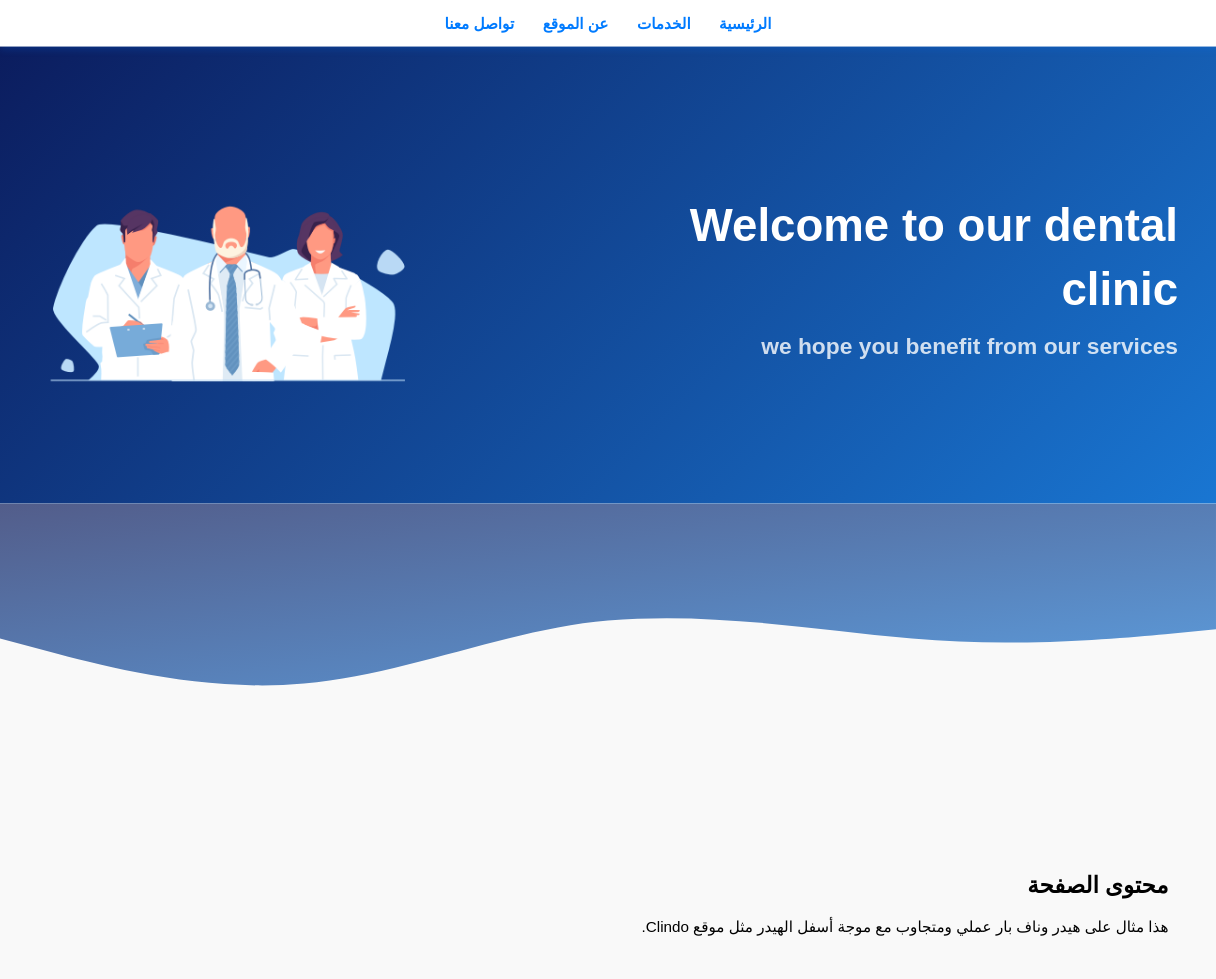
Repository: mysite4/s
Page: http://localhost/
An editor plug-in stored every save of this project. The page is shown before and after the next save, followed by the edit.
The browser window is 1280 px wide. The pictures show the whole page, at 95% of full size.
Some web fonts or font styles are not loaded; a fallback is used. The page is served by the project's application, run on Django 5.2 (manage.py). Other server files are loaded and not shown.

Above is the page before, as saved 2025-10-19 22:10:01.

### main/templates/home.html
{% load static %}
<!DOCTYPE html>
<html lang="ar" dir="rtl">
<head>
<meta charset="UTF-8">
<meta name="viewport" content="width=device-width, initial-scale=1.0">
<title>هيدر مثل Clindo</title>
<link href="https://fonts.googleapis.com/css2?family=Cairo:wght@200..1000&display=swap" rel="stylesheet">
<link rel="stylesheet" href="{% static 'css/style.css' %}">
</head>
<body>

<nav>
  <ul>
    <li><a href="#">الرئيسية</a></li>
    <li><a href="#">الخدمات</a></li>
    <li><a href="#">عن الموقع</a></li>
    <li><a href="#">تواصل معنا</a></li>
  </ul>
</nav>

<header>
  <div class="header-content">
    <div class="header-text">
      <h1>Welcome to our dental clinic</h1>
      <h3>we hope you benefit from our services</h3>
    </div>
    <div class="header-icon">
      <img src="{% static 'image/r.png.png' %}" alt="ريم">
    </div>
  </div>


</header>
<!-- موجة بعد الهيدر -->
<svg class="waves" xmlns="http://www.w3.org/2000/svg" viewBox="0 0 1440 320">
  <defs>
    <linearGradient id="waveGradient" x1="0%" y1="0%" x2="100%" y2="100%">
      <stop offset="0%" style="stop-color:#0b1a5b;stop-opacity:0.7" />
      <stop offset="100%" style="stop-color:#1976d2;stop-opacity:0.7" />
    </linearGradient>
  </defs>
  <path fill="url(#waveGradient)"
        d="M0,160L60,176C120,192,240,224,360,213.3C480,203,600,149,720,138.7C840,128,960,149,1080,160C1200,171,1320,160,1380,154.7L1440,149L1440,0L0,0Z">
  </path>
</svg>


<main>
  <h2>محتوى الصفحة</h2>
  <p>هذا مثال على هيدر وناف بار عملي ومتجاوب مع موجة أسفل الهيدر مثل موقع Clindo.</p>
</main>

</body>
</html>

### mysite/urls.py
"""
URL configuration for mysite project.

The `urlpatterns` list routes URLs to views. For more information please see:
    https://docs.djangoproject.com/en/5.2/topics/http/urls/
Examples:
Function views
    1. Add an import:  from my_app import views
    2. Add a URL to urlpatterns:  path('', views.home, name='home')
Class-based views
    1. Add an import:  from other_app.views import Home
    2. Add a URL to urlpatterns:  path('', Home.as_view(), name='home')
Including another URLconf
    1. Import the include() function: from django.urls import include, path
    2. Add a URL to urlpatterns:  path('blog/', include('blog.urls'))
"""
from django.contrib import admin
from django.urls import path, include

urlpatterns = [
    path('admin/', admin.site.urls),
    path('', include('main.urls')),
]

### main/static/css/style.css
/* إعدادات عامة */
html, body {
  margin: 0;
  padding: 0;
  width: 100%;
  font-family: 'Cairo', sans-serif;
  background-color: #f9f9f9;
}

/* Navbar */
nav {
  width: 100%;
  background-color: #ffffff;
  box-shadow: 0 4px 8px rgba(0, 123, 255, 0.2);
  position: fixed;
  top: 0;
  z-index: 1000;
}

nav ul {
  display: flex;
  justify-content: center;
  list-style: none;
  margin: 0;
  padding: 0 30px;
}

nav ul li {
  margin: 0 15px;
}

nav ul li a {
  text-decoration: none;
  color: #007bff;
  font-weight: 600;
  padding: 15px 0;
  display: inline-block;
  transition: color 0.3s, border-bottom 0.3s;
}

nav ul li a:hover {
  color: #0056b3;
  border-bottom: 3px solid #007bff;
}

/* Header */
/* Header */
header {
  position: relative;
  width: 100%;
  min-height: 450px; /* ارتفاع الهيدر */
  overflow: hidden;
  background: linear-gradient(135deg, #0b1a5b, #1976d2); /* تدرج أزرق واضح وغامق */
  display: flex;
  flex-direction: column;
  justify-content: center;
  align-items: center;
  padding: 80px 0 0 0;
}



/* محتوى الهيدر (نصوص + صورة) */
.header-content {
  display: flex;
  flex-direction: row;
  justify-content: space-between;
  align-items: center;
  width: 100%;
  max-width: 1200px;
  padding: 0 50px;
}

.header-text {
  color: white;
  max-width: 50%;
  text-align: right;
  line-height: 1.4;
}

.header-text h1 {
  font-size: 48px;
  margin: 0;
}

.header-text h3 {
  font-size: 24px;
  margin-top: 10px;
  color: rgba(255,255,255,0.8);
}

/* صورة الهيدر */
.header-icon img {
  width: 400px;
  height: auto;
  border-radius: 15px;
}

/* محتوى الصفحة */
main {
  padding: 30px 50px;
  margin-top: 50px;
}

/* Media Queries */
@media (max-width: 992px) {
  .header-content {
    flex-direction: column;
    text-align: center;
    padding: 0 20px;
  }

  .header-text {
    max-width: 100%;
    margin-bottom: 20px;
    text-align: center;
  }

  .header-icon img {
    width: 80%;
  }

  nav ul {
    justify-content: center;
  }
}

Loaded but not shown: main/views.py (common file); main/urls.py (common file)

After the next save:
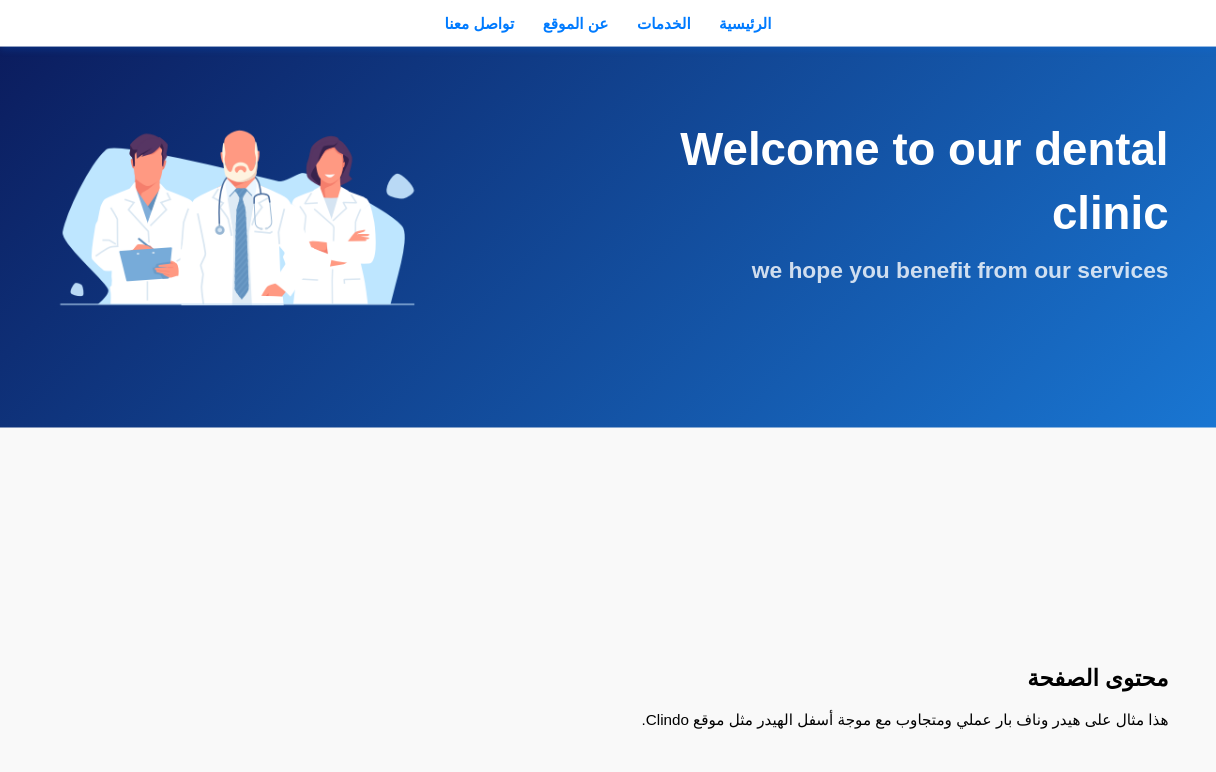
Saved 93 s later.
--- a/main/templates/home.html
+++ b/main/templates/home.html
@@ -29,21 +29,14 @@
       <img src="{% static 'image/r.png.png' %}" alt="ريم">
     </div>
   </div>
+</header>
 
-
-</header>
-<!-- موجة بعد الهيدر -->
-<svg class="waves" xmlns="http://www.w3.org/2000/svg" viewBox="0 0 1440 320">
-  <defs>
-    <linearGradient id="waveGradient" x1="0%" y1="0%" x2="100%" y2="100%">
-      <stop offset="0%" style="stop-color:#0b1a5b;stop-opacity:0.7" />
-      <stop offset="100%" style="stop-color:#1976d2;stop-opacity:0.7" />
-    </linearGradient>
-  </defs>
-  <path fill="url(#waveGradient)"
-        d="M0,160L60,176C120,192,240,224,360,213.3C480,203,600,149,720,138.7C840,128,960,149,1080,160C1200,171,1320,160,1380,154.7L1440,149L1440,0L0,0Z">
-  </path>
-</svg>
+<!-- موجة أسفل الهيدر -->
+<div class="wave-container">
+  <svg class="waves" xmlns="http://www.w3.org/2000/svg" viewBox="0 0 1440 320">
+    <path d="M0,160L60,176C120,192,240,224,360,213.3C480,203,600,149,720,138.7C840,128,960,149,1080,160C1200,171,1320,160,1380,154.7L1440,149L1440,0L0,0Z"></path>
+  </svg>
+</div>
 
 
 <main>
--- a/main/static/css/style.css
+++ b/main/static/css/style.css
@@ -44,20 +44,36 @@
 }
 
 /* Header */
-/* Header */
 header {
-  position: relative;
   width: 100%;
-  min-height: 450px; /* ارتفاع الهيدر */
-  overflow: hidden;
-  background: linear-gradient(135deg, #0b1a5b, #1976d2); /* تدرج أزرق واضح وغامق */
+  min-height: 450px;
+  background: linear-gradient(135deg, #0b1a5b, #1976d2); /* تدرج الهيدر */
   display: flex;
-  flex-direction: column;
   justify-content: center;
   align-items: center;
-  padding: 80px 0 0 0;
+  position: relative;
 }
 
+.wave-container {
+  width: 100%;
+  overflow: hidden;
+  line-height: 0;
+}
+
+.wave-container svg path {
+  fill: url(#waveGradient); /* نستخدم التدرج هنا */
+}
+
+/* نعرف التدرج هنا في CSS */
+.wave-container svg {
+  display: block;
+  width: 100%;
+  height: 150px;
+}
+
+.wave-container svg path {
+  fill: linear-gradient(135deg, #0b1a5b, #1976d2); /* تدرج مماثل للهيدر */
+}
 
 
 /* محتوى الهيدر (نصوص + صورة) */

After the save that followed:
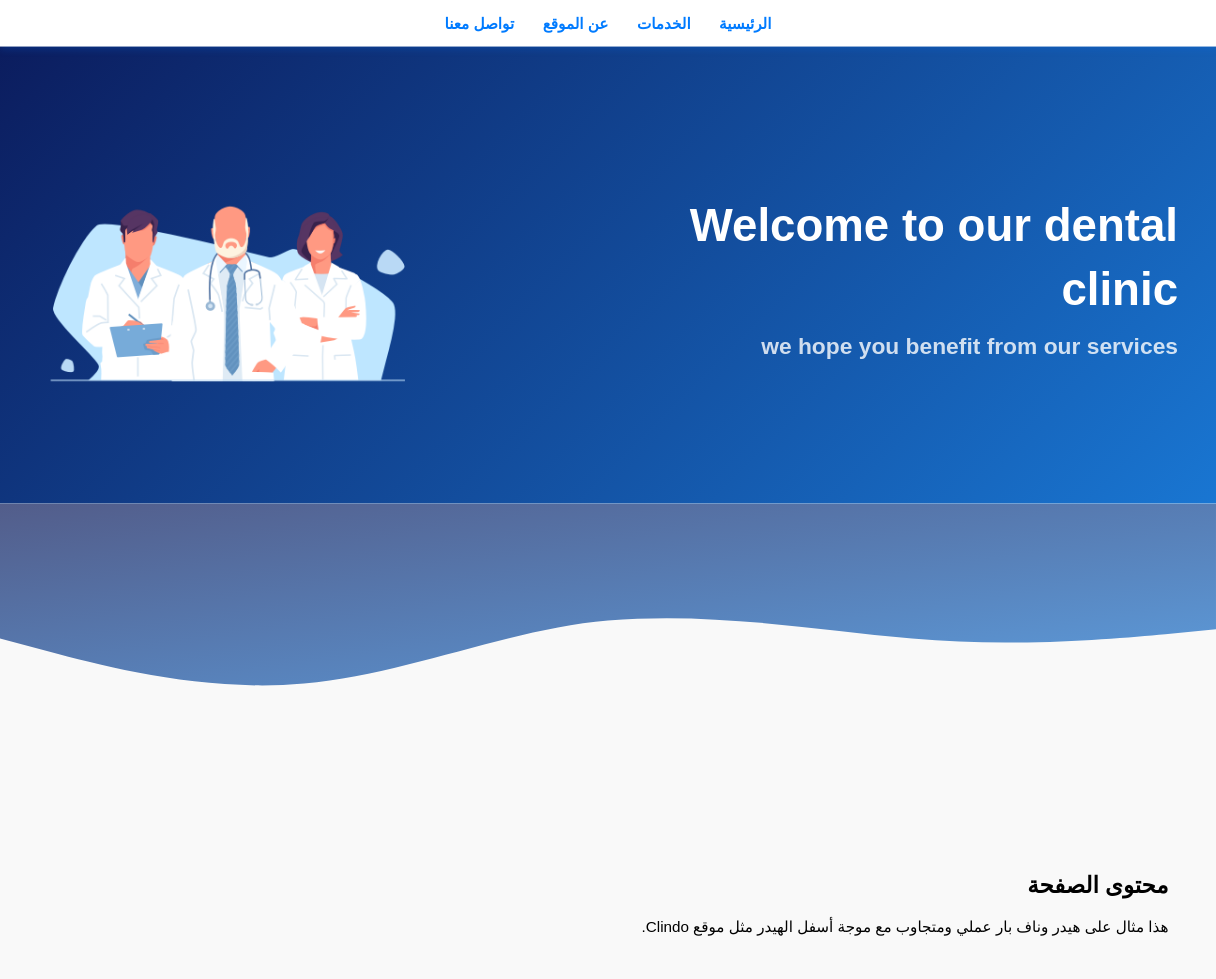
Saved 85 s later.
--- a/main/templates/home.html
+++ b/main/templates/home.html
@@ -32,11 +32,18 @@
 </header>
 
 <!-- موجة أسفل الهيدر -->
-<div class="wave-container">
-  <svg class="waves" xmlns="http://www.w3.org/2000/svg" viewBox="0 0 1440 320">
-    <path d="M0,160L60,176C120,192,240,224,360,213.3C480,203,600,149,720,138.7C840,128,960,149,1080,160C1200,171,1320,160,1380,154.7L1440,149L1440,0L0,0Z"></path>
-  </svg>
-</div>
+<svg class="waves" xmlns="http://www.w3.org/2000/svg" viewBox="0 0 1440 320">
+  <defs>
+    <linearGradient id="waveGradient" x1="0%" y1="0%" x2="100%" y2="100%">
+      <stop offset="0%" stop-color="#0b1a5b" stop-opacity="0.7" />
+      <stop offset="100%" stop-color="#1976d2" stop-opacity="0.7" />
+    </linearGradient>
+  </defs>
+  <path fill="url(#waveGradient)"
+        d="M0,160L60,176C120,192,240,224,360,213.3C480,203,600,149,720,138.7C840,128,960,149,1080,160C1200,171,1320,160,1380,154.7L1440,149L1440,0L0,0Z">
+  </path>
+</svg>
+
 
 
 <main>
--- a/main/static/css/style.css
+++ b/main/static/css/style.css
@@ -44,36 +44,20 @@
 }
 
 /* Header */
+/* Header */
 header {
+  position: relative;
   width: 100%;
-  min-height: 450px;
-  background: linear-gradient(135deg, #0b1a5b, #1976d2); /* تدرج الهيدر */
+  min-height: 450px; /* ارتفاع الهيدر */
+  overflow: hidden;
+  background: linear-gradient(135deg, #0b1a5b, #1976d2); /* تدرج أزرق واضح وغامق */
   display: flex;
+  flex-direction: column;
   justify-content: center;
   align-items: center;
-  position: relative;
+  padding: 80px 0 0 0;
 }
 
-.wave-container {
-  width: 100%;
-  overflow: hidden;
-  line-height: 0;
-}
-
-.wave-container svg path {
-  fill: url(#waveGradient); /* نستخدم التدرج هنا */
-}
-
-/* نعرف التدرج هنا في CSS */
-.wave-container svg {
-  display: block;
-  width: 100%;
-  height: 150px;
-}
-
-.wave-container svg path {
-  fill: linear-gradient(135deg, #0b1a5b, #1976d2); /* تدرج مماثل للهيدر */
-}
 
 
 /* محتوى الهيدر (نصوص + صورة) */
